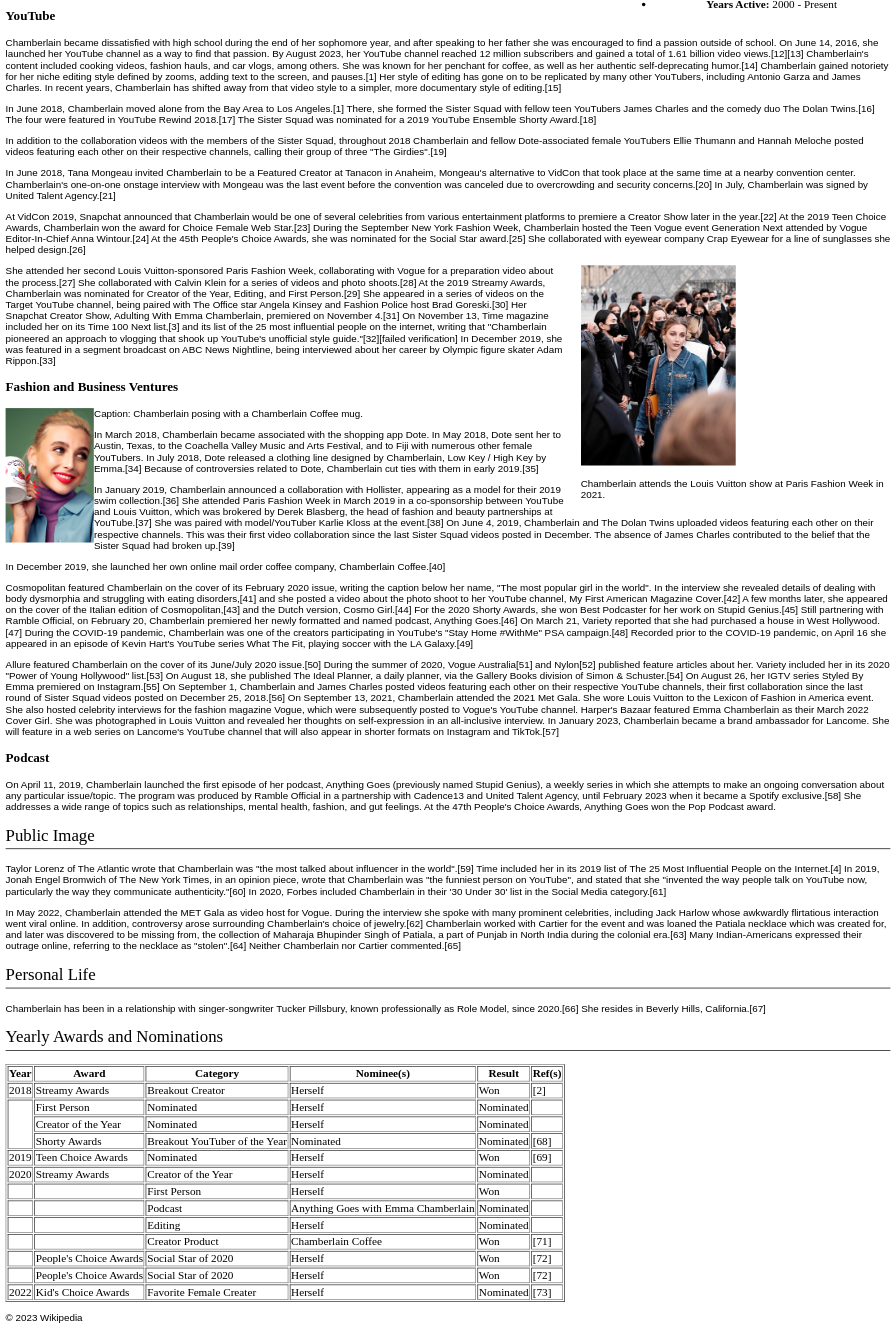
Repository: ethan-schrauf/UniversalDesignWebsite
Page: wikipedia.html
The author's editor kept a copy of each file at every save. The page is drawn from the files as they stood at one save, then again after the next save.
The browser window is 1280 px wide. The pictures show the part of the page from y = 740 to 2660 px (the page is 2644 px tall before and 2660 px after), at 70% of full size.

Above is the page before, as saved 2023-10-03 20:22:30.

### wikipedia.html
<!DOCTYPE html>
<html lang="en">
<head>
    <meta charset="utf-8">
    <meta name="viewport" content="width=device-width, initial-scale=1">
    <title>Emma Chamberlain - Wikipedia</title>
    <link href="wikipedia.css" rel="stylesheet">
</head>
<body>
    <!-- Header -->
    <header>
        <h1>Wikipedia</h1>
    </header>

    <!-- Main content  -->
    <main>
        <nav>
            <ul>
                <li><a href="#intro">Intro</a></li>
                <li><a href="#early-life">Early Life</a></li>
                <li><a href="#career">Career</a></li>
                <li><a href="#youtube">YouTube</a></li>
                <li><a href="#coffee-and-business">Fashion and Business Ventures</a></li>
                <li><a href="#podcast">Podcast</a></li>
                <li><a href="#public-image">Public Image</a></li>
                <li><a href="#personal-life">Personal Life</a></li>
                <li><a href="#honors-and-awards">Yearly Awards and Nominations</a></li>
            </ul>
        </nav>

        <!-- Intro paragraph -->
        <section id="intro">
            <h2>Emma Chamberlain</h2>
            <p><strong>Emma Frances Chamberlain</strong> (born May 22, 2001)[1] is an American social media personality, YouTuber, podcaster, businesswoman, and model. She won the 2018 Streamy Award for Breakout Creator.[2] In 2019, Time magazine included her on its Time 100 Next list,[3] and its list of The 25 Most Influential People On The Internet, writing that "Chamberlain pioneered an approach to vlogging that shook up YouTube's unofficial style guide."[4]</p>
            <p>In April 2019, she launched her first weekly podcast series, Anything Goes, formerly known as Stupid Genius.[5][6] Chamberlain subsequently won the award for "Best Podcaster" at the 12th Shorty Awards.[7] She also has been an ambassador for Louis Vuitton since 2019 and Cartier since 2022.</p>
        </section>

        <!-- Infobox with photo, date of birth, occupations, and years active -->
        <section id="infobox">
            <img src="images/emma_info_photo.png" alt="Emma Chamberlain in a black striped sweater with black and gold earrings." width="70%">
            <ul>
                <li><b>Date of Birth:</b> May 22, 2001</li>
                <li><b>Occupations:</b> Internet personality - YouTuber - Podcaster -</li>
                <li><b>Years Active:</b> 2000 - Present</li>
            </ul>
        </section>

        <!-- Early life -->
        <section id="early-life">
            <h2>Early Life</h2>
            <p>Chamberlain was born on May 22, 2001, in San Bruno, California, to artist Michael John Chamberlain and flight coordinator Sophia Pinetree Chamberlain. She is the only child of her parents, who divorced when she was five years old.[1]</p>
            <p>In a 2018 interview with Forbes, Chamberlain said her family had struggled with finances during her childhood. The family had depended on commissions for her father's art, and when he was ill and unable to paint they endured "hard times".[8]</p>
            <p>She attended Central Middle School in San Carlos, California, and Notre Dame High School, Belmont,[9] an all-girl Catholic preparatory school where she was on the cheerleading and track teams. She performed competitive cheer for five years and was a member of the California All Stars Pink cheer team.[10] She left high school during the first semester of her junior year and graduated after passing the California High School Exit Exam.[11]</p>
        </section>

        <!-- Career -->
        <section id="career">
            <h2>Career</h2>

            <!-- YouTube -->
            <section id="youtube">
                <h3>YouTube</h3>
                <p>Chamberlain became dissatisfied with high school during the end of her sophomore year, and after speaking to her father she was encouraged to find a passion outside of school. On June 14, 2016, she launched her YouTube channel as a way to find that passion. By August 2023, her YouTube channel reached 12 million subscribers and gained a total of 1.61 billion video views.[12][13] Chamberlain's content included cooking videos, fashion hauls, and car vlogs, among others. She was known for her penchant for coffee, as well as her authentic self-deprecating humor.[14] Chamberlain gained notoriety for her niche editing style defined by zooms, adding text to the screen, and pauses.[1] Her style of editing has gone on to be replicated by many other YouTubers, including Antonio Garza and James Charles. In recent years, Chamberlain has shifted away from that video style to a simpler, more documentary style of editing.[15]</p>
                <p>In June 2018, Chamberlain moved alone from the Bay Area to Los Angeles.[1] There, she formed the Sister Squad with fellow teen YouTubers James Charles and the comedy duo The Dolan Twins.[16] The four were featured in YouTube Rewind 2018.[17] The Sister Squad was nominated for a 2019 YouTube Ensemble Shorty Award.[18]</p>
                <p>In addition to the collaboration videos with the members of the Sister Squad, throughout 2018 Chamberlain and fellow Dote-associated female YouTubers Ellie Thumann and Hannah Meloche posted videos featuring each other on their respective channels, calling their group of three "The Girdies".[19]</p>
                <p>In June 2018, Tana Mongeau invited Chamberlain to be a Featured Creator at Tanacon in Anaheim, Mongeau's alternative to VidCon that took place at the same time at a nearby convention center. Chamberlain's one-on-one onstage interview with Mongeau was the last event before the convention was canceled due to overcrowding and security concerns.[20] In July, Chamberlain was signed by United Talent Agency.[21]</p>
                <p>At VidCon 2019, Snapchat announced that Chamberlain would be one of several celebrities from various entertainment platforms to premiere a Creator Show later in the year.[22] At the 2019 Teen Choice Awards, Chamberlain won the award for Choice Female Web Star.[23] During the September New York Fashion Week, Chamberlain hosted the Teen Vogue event Generation Next attended by Vogue Editor-In-Chief Anna Wintour.[24] At the 45th People's Choice Awards, she was nominated for the Social Star award.[25] She collaborated with eyewear company Crap Eyewear for a line of sunglasses she helped design.[26]</p>

                <!-- Add the new section for the photo and description -->
                <section id="fashion-week-photo">
                    <img src="images/louis-vuitton-show.png" alt="Emma Chamberlain at the Louis Vuitton show at Paris Fashion Week in 2021" width="50%">
                    <p>Chamberlain attends the Louis Vuitton show at Paris Fashion Week in 2021.</p>
                </section>
                <p>She attended her second Louis Vuitton-sponsored Paris Fashion Week, collaborating with Vogue for a preparation video about the process.[27] She collaborated with Calvin Klein for a series of videos and photo shoots.[28] At the 2019 Streamy Awards, Chamberlain was nominated for Creator of the Year, Editing, and First Person.[29] She appeared in a series of videos on the Target YouTube channel, being paired with The Office star Angela Kinsey and Fashion Police host Brad Goreski.[30] Her Snapchat Creator Show, Adulting With Emma Chamberlain, premiered on November 4.[31] On November 13, Time magazine included her on its Time 100 Next list,[3] and its list of the 25 most influential people on the internet, writing that "Chamberlain pioneered an approach to vlogging that shook up YouTube's unofficial style guide."[32][failed verification] In December 2019, she was featured in a segment broadcast on ABC News Nightline, being interviewed about her career by Olympic figure skater Adam Rippon.[33]</p>
            </section>

            <!-- Fashion and Business Ventures -->
            <h3>Fashion and Business Ventures</h3>
            <section id="coffee-and-business">
                <div class="image-caption">
                    <img src="images/chamberlain-coffee.png" alt="Chamberlain posing with a Chamberlain Coffee mug" width="10%" align="left">
                    <p>Caption: Chamberlain posing with a Chamberlain Coffee mug.</p>
                </div>
                <div class="text-wrapper">
                    <p>In March 2018, Chamberlain became associated with the shopping app Dote. In May 2018, Dote sent her to Austin, Texas, to the Coachella Valley Music and Arts Festival, and to Fiji with numerous other female YouTubers. In July 2018, Dote released a clothing line designed by Chamberlain, Low Key / High Key by Emma.[34] Because of controversies related to Dote, Chamberlain cut ties with them in early 2019.[35]</p>
                    <p>In January 2019, Chamberlain announced a collaboration with Hollister, appearing as a model for their 2019 swim collection.[36] She attended Paris Fashion Week in March 2019 in a co-sponsorship between YouTube and Louis Vuitton, which was brokered by Derek Blasberg, the head of fashion and beauty partnerships at YouTube.[37] She was paired with model/YouTuber Karlie Kloss at the event.[38] On June 4, 2019, Chamberlain and The Dolan Twins uploaded videos featuring each other on their respective channels. This was their first video collaboration since the last Sister Squad videos posted in December. The absence of James Charles contributed to the belief that the Sister Squad had broken up.[39]</p>
                </div>
            </section>
            <p>In December 2019, she launched her own online mail order coffee company, Chamberlain Coffee.[40]</p>
            <p>Cosmopolitan featured Chamberlain on the cover of its February 2020 issue, writing the caption below her name, "The most popular girl in the world". In the interview she revealed details of dealing with body dysmorphia and struggling with eating disorders,[41] and she posted a video about the photo shoot to her YouTube channel, My First American Magazine Cover.[42] A few months later, she appeared on the cover of the Italian edition of Cosmopolitan,[43] and the Dutch version, Cosmo Girl.[44] For the 2020 Shorty Awards, she won Best Podcaster for her work on Stupid Genius.[45] Still partnering with Ramble Official, on February 20, Chamberlain premiered her newly formatted and named podcast, Anything Goes.[46] On March 21, Variety reported that she had purchased a house in West Hollywood.[47] During the COVID-19 pandemic, Chamberlain was one of the creators participating in YouTube's "Stay Home #WithMe" PSA campaign.[48] Recorded prior to the COVID-19 pandemic, on April 16 she appeared in an episode of Kevin Hart's YouTube series What The Fit, playing soccer with the LA Galaxy.[49]</p>
            <p>Allure featured Chamberlain on the cover of its June/July 2020 issue.[50] During the summer of 2020, Vogue Australia[51] and Nylon[52] published feature articles about her. Variety included her in its 2020 "Power of Young Hollywood" list.[53] On August 18, she published The Ideal Planner, a daily planner, via the Gallery Books division of Simon & Schuster.[54] On August 26, her IGTV series Styled By Emma premiered on Instagram.[55] On September 1, Chamberlain and James Charles posted videos featuring each other on their respective YouTube channels, their first collaboration since the last round of Sister Squad videos posted on December 25, 2018.[56] On September 13, 2021, Chamberlain attended the 2021 Met Gala. She wore Louis Vuitton to the Lexicon of Fashion in America event. She also hosted celebrity interviews for the fashion magazine Vogue, which were subsequently posted to Vogue's YouTube channel. Harper's Bazaar featured Emma Chamberlain as their March 2022 Cover Girl. She was photographed in Louis Vuitton and revealed her thoughts on self-expression in an all-inclusive interview. In January 2023, Chamberlain became a brand ambassador for Lancome. She will feature in a web series on Lancome's YouTube channel that will also appear in shorter formats on Instagram and TikTok.[57]</p>
        </section>

        <!-- Podcast -->
        <section id="podcast">
            <h3>Podcast</h3>
            <p>On April 11, 2019, Chamberlain launched the first episode of her podcast, Anything Goes (previously named Stupid Genius), a weekly series in which she attempts to make an ongoing conversation about any particular issue/topic. The program was produced by Ramble Official in a partnership with Cadence13 and United Talent Agency, until February 2023 when it became a Spotify exclusive.[58] She addresses a wide range of topics such as relationships, mental health, fashion, and gut feelings. At the 47th People's Choice Awards, Anything Goes won the Pop Podcast award.</p>
        </section>

        <!-- Public Image -->
        <section id="public-image">
            <h2>Public Image</h2>
            <p>Taylor Lorenz of The Atlantic wrote that Chamberlain was "the most talked about influencer in the world".[59] Time included her in its 2019 list of The 25 Most Influential People on the Internet.[4] In 2019, Jonah Engel Bromwich of The New York Times, in an opinion piece, wrote that Chamberlain was "the funniest person on YouTube", and stated that she "invented the way people talk on YouTube now, particularly the way they communicate authenticity."[60] In 2020, Forbes included Chamberlain in their '30 Under 30' list in the Social Media category.[61]</p>
            <p>In May 2022, Chamberlain attended the MET Gala as video host for Vogue. During the interview she spoke with many prominent celebrities, including Jack Harlow whose awkwardly flirtatious interaction went viral online. In addition, controversy arose surrounding Chamberlain's choice of jewelry.[62] Chamberlain worked with Cartier for the event and was loaned the Patiala necklace which was created for, and later was discovered to be missing from, the collection of Maharaja Bhupinder Singh of Patiala, a part of Punjab in North India during the colonial era.[63] Many Indian-Americans expressed their outrage online, referring to the necklace as "stolen".[64] Neither Chamberlain nor Cartier commented.[65]</p>
        </section>

        <!-- Personal Life -->
        <section id="personal-life">
            <h2>Personal Life</h2>
            <p>Chamberlain has been in a relationship with singer-songwriter Tucker Pillsbury, known professionally as Role Model, since 2020.[66] She resides in Beverly Hills, California.[67]</p>
        </section>

        <!-- Honors and Awards -->
        <section id="honors-and-awards">
            <h2>Yearly Awards and Nominations</h2>

            <!-- Create the table for awards and nominations -->
            <table border="1">
                <!-- 2018 -->
                <tr>
                    <th>Year</th>
                    <th>Award</th>
                    <th>Category</th>
                    <th>Nominee(s)</th>
                    <th>Result</th>
                    <th>Ref(s)</th>
                </tr>
                <tr>
                    <td>2018</td>
                    <td>Streamy Awards</td>
                    <td>Breakout Creator</td>
                    <td>Herself</td>
                    <td>Won</td>
                    <td>[2]</td>
                </tr>
                <tr>
                    <td rowspan="3"></td>
                    <td>First Person</td>
                    <td>Nominated</td>
                    <td>Herself</td>
                    <td>Nominated</td>
                    <td></td>
                </tr>
                <tr>
                    <td>Creator of the Year</td>
                    <td>Nominated</td>
                    <td>Herself</td>
                    <td>Nominated</td>
                    <td></td>
                </tr>
                <tr>
                    <td>Shorty Awards</td>
                    <td>Breakout YouTuber of the Year</td>
                    <td>Nominated</td>
                    <td>Nominated</td>
                    <td>[68]</td>
                </tr>

                <!-- 2019 -->

                <tr>
                    <td>2019</td>
                    <td>Teen Choice Awards</td>
                    <td>Nominated</td>
                    <td>Herself</td>
                    <td>Won</td>
                    <td>[69]</td>
                </tr>

                <!-- 2020 -->

                <tr>
                    <td>2020</td>
                    <td>Streamy Awards</td>
                    <td>Creator of the Year</td>
                    <td>Herself</td>
                    <td>Nominated</td>
                    <td></td>
                </tr>

                <tr>
                    <td></td>
                    <td></td>
                    <td>First Person</td>
                    <td>Herself</td>
                    <td>Won</td>
                    <td></td>
                </tr>

                <tr>
                    <td></td>
                    <td></td>
                    <td>Podcast</td>
                    <td>Anything Goes with Emma Chamberlain</td>
                    <td>Nominated</td>
                    <td></td>
                </tr>

                <tr>
                    <td></td>
                    <td></td>
                    <td>Editing</td>
                    <td>Herself</td>
                    <td>Nominated</td>
                    <td></td>
                </tr>

                <tr>
                    <td></td>
                    <td></td>
                    <td>Creator Product</td>
                    <td>Chamberlain Coffee</td>
                    <td>Won</td>
                    <td>[71]</td>
                </tr>

                <tr>
                    <td></td>
                    <td>People's Choice Awards</td>
                    <td>Social Star of 2020</td>
                    <td>Herself</td>
                    <td>Won</td>
                    <td>[72]</td>
                </tr>

                <tr>
                    <td></td>
                    <td>People's Choice Awards</td>
                    <td>Social Star of 2020</td>
                    <td>Herself</td>
                    <td>Won</td>
                    <td>[72]</td>
                </tr>

                <!-- 2022 -->

                <tr>
                    <td>2022</td>
                    <td>Kid's Choice Awards</td>
                    <td>Favorite Female Creater</td>
                    <td>Herself</td>
                    <td>Nominated</td>
                    <td>[73]</td>
                </tr>
            </table>
        </section>
    </main>

    <!-- Footer -->
    <footer>
        <p>&copy; 2023 Wikipedia</p>
    </footer>
</body>

</html>

### wikipedia.css

#intro {
    float: left;
    width: 70%;
}

#infobox {
    float: right;
    width: 30%;
    text-align: center;
}

#infobox img {
    max-width: 100%;
    height: auto;
}

/* New section for the fashion week photo */
#fashion-week-photo {
    float: right;
    width: 35%;
    margin-left: 20px; /* Add some margin to separate it from the text */
}

#fashion-week-photo img {
    max-width: 100%;
    height: auto;
}

/* Add a line below h2 headings */
h2 {
    border-bottom: 1px solid #000; /* Change the color and style as needed */
    padding-bottom: 5px; /* Adjust the spacing between the text and the line */
}

/* Add the .sr-only class styles */
.sr-only {
    border: 0;
    clip: rect(0, 0, 0, 0);
    height: 1px;
    margin: -1px;
    overflow: hidden;
    padding: 0;
    position: absolute;
    white-space: nowrap;
    width: 1px;
}

/* Apply Arial font to all paragraphs */
p {
    font-family: Arial, sans-serif;
    font-size: 14px;
}

/* Unbold all h2 headings */
h2 {
    font-weight: normal;
}

After the next save:
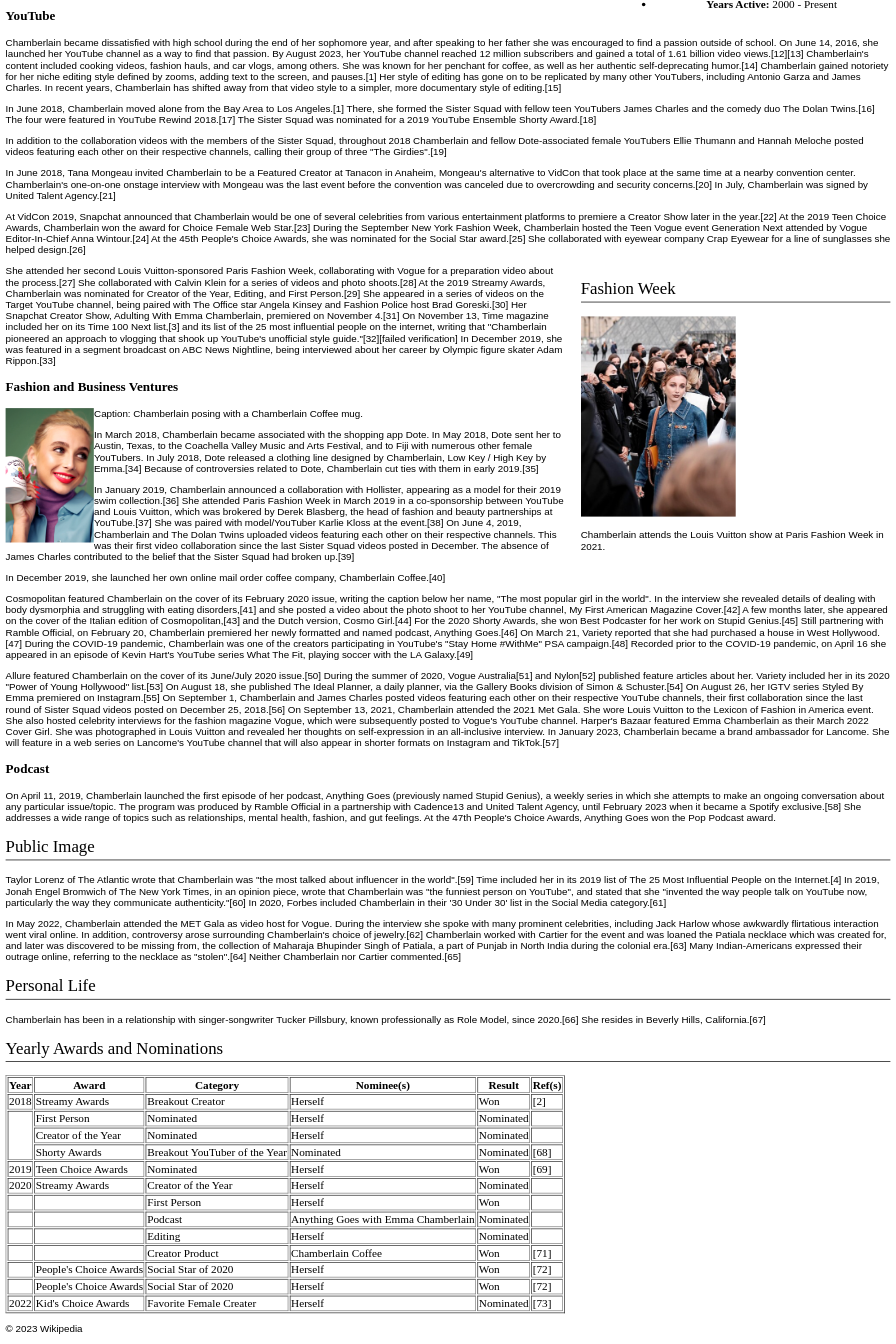
Saved 39 h 9 min later.
--- a/wikipedia.html
+++ b/wikipedia.html
@@ -67,7 +67,9 @@
                 <p>At VidCon 2019, Snapchat announced that Chamberlain would be one of several celebrities from various entertainment platforms to premiere a Creator Show later in the year.[22] At the 2019 Teen Choice Awards, Chamberlain won the award for Choice Female Web Star.[23] During the September New York Fashion Week, Chamberlain hosted the Teen Vogue event Generation Next attended by Vogue Editor-In-Chief Anna Wintour.[24] At the 45th People's Choice Awards, she was nominated for the Social Star award.[25] She collaborated with eyewear company Crap Eyewear for a line of sunglasses she helped design.[26]</p>
 
                 <!-- Add the new section for the photo and description -->
+
                 <section id="fashion-week-photo">
+                    <h2> Fashion Week </h2>
                     <img src="images/louis-vuitton-show.png" alt="Emma Chamberlain at the Louis Vuitton show at Paris Fashion Week in 2021" width="50%">
                     <p>Chamberlain attends the Louis Vuitton show at Paris Fashion Week in 2021.</p>
                 </section>
